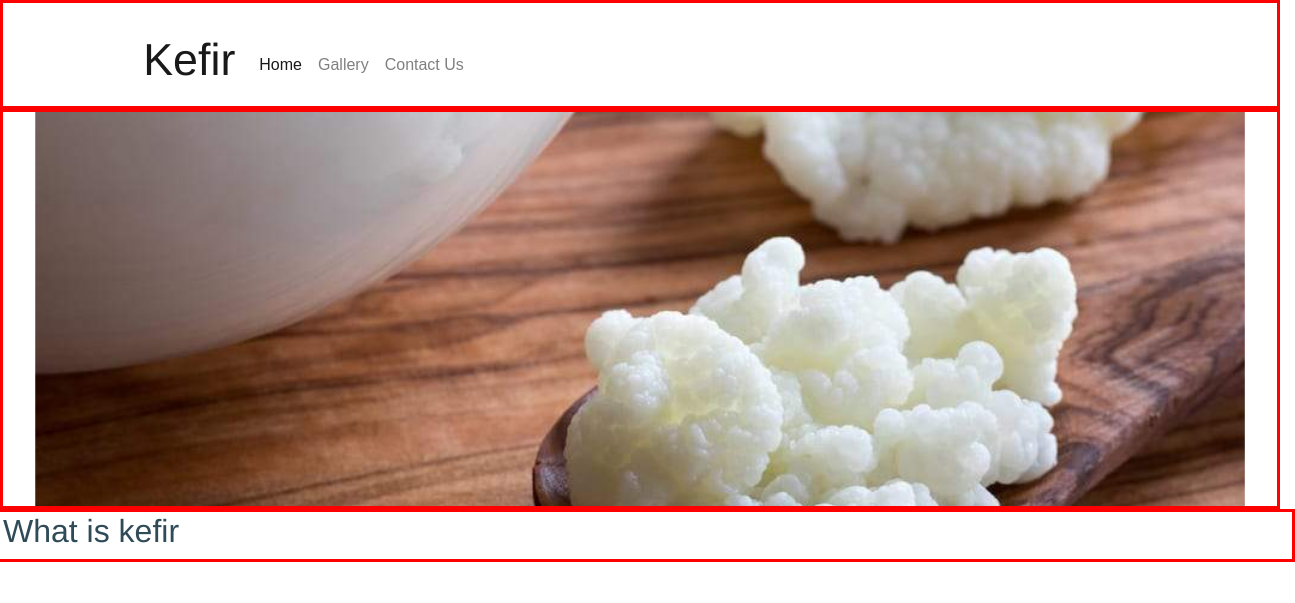
Repository: andna5980/kefir-web
Page: src/index.html
The author's editor kept a copy of each file at every save. The page is drawn from the files as they stood at one save, then again after the next save.
The browser window is 1280 px wide. The page is 1295 px wide, so the pictures cover 1295 px, including what lies to the right of the window. The pictures show the whole page.
Some web fonts or font styles are not loaded; a fallback is used. Some web libraries are served in a nearby version.

Above is the page before, as saved 2021-02-28 11:51:45.

### src/index.html
<!DOCTYPE html>
<html lang="en-US">

<head>
  <meta charset="UTF-8">
  <meta name="viewport" content="width=device-width, initial-scale=1.0">
  <meta name="author" content="Andres Navarrete">
  <meta name="description"
    content="Kefir, meet the power of nature. Bring the right knowledge and the best recipes from mother nature">
  <meta name="keywords" content="Kefir, recipes, natural-products, home-made, organic, healthy">
  <title>KEFIR | MEET THE POWER OF NATURE</title>
  <link rel="stylesheet" href="https://cdn.jsdelivr.net/npm/bootstrap@4.5.3/dist/css/bootstrap.min.css"
    integrity="sha384-TX8t27EcRE3e/ihU7zmQxVncDAy5uIKz4rEkgIXeMed4M0jlfIDPvg6uqKI2xXr2" crossorigin="anonymous">
  <link rel="stylesheet" href="https://use.fontawesome.com/releases/v5.6.3/css/all.css"
    integrity="sha384-UHRtZLI+pbxtHCWp1t77Bi1L4ZtiqrqD80Kn4Z8NTSRyMA2Fd33n5dQ8lWUE00s/" crossorigin="anonymous">
  <link href="../src/assets/styles/style.css" rel="stylesheet">
</head>

<body>
  <!--------------------Main-Header-------------------------------------->
  <header>
    <nav class="test-red navbar navbar-expand-md navbar-light">
      <a class="navbar-brand" href="#">Kefir</a>
      <button class="navbar-toggler" type="button" data-toggle="collapse" data-target="#navbarNav"
        aria-controls="navbarNav" aria-expanded="false" aria-label="Toggle navigation">
        <span class="navbar-toggler-icon"></span>
      </button>
      <div class="collapse navbar-collapse" id="navbarNav">
        <ul class="navbar-nav">
          <li class="nav-item active">
            <a class="nav-link" href="#">Home <span class="sr-only">(current)</span></a>
          </li>
          <li class="nav-item">
            <a class="nav-link" href="#">Gallery</a>
          </li>
          <li class="nav-item">
            <a class="nav-link" href="#">Contact Us</a>
          </li>

        </ul>
      </div>
    </nav>
  </header>

  <!--------------------Hero-mage-------------------------------------->

  <div class="test-red container-hero">
    <div class="hero-image col-12"></div>
  </div>


<!--------------------What -------------------------------------->

<section>
  <div class=" test-red row">
    <div class="col-12"><h2>What is kefir</h2></div>
  </div>





</section>





</body>











<script src="https://code.jquery.com/jquery-3.2.1.slim.min.js"
  integrity="sha384-KJ3o2DKtIkvYIK3UENzmM7KCkRr/rE9/Qpg6aAZGJwFDMVNA/GpGFF93hXpG5KkN" crossorigin="anonymous"></script>
<script src="https://cdnjs.cloudflare.com/ajax/libs/popper.js/1.12.9/umd/popper.min.js"
  integrity="sha384-ApNbgh9B+Y1QKtv3Rn7W3mgPxhU9K/ScQsAP7hUibX39j7fakFPskvXusvfa0b4Q" crossorigin="anonymous"></script>
<script src="https://maxcdn.bootstrapcdn.com/bootstrap/4.0.0/js/bootstrap.min.js"
  integrity="sha384-JZR6Spejh4U02d8jOt6vLEHfe/JQGiRRSQQxSfFWpi1MquVdAyjUar5+76PVCmYl" crossorigin="anonymous"></script>

</html>

### src/assets/styles/style.css
@import url('https://fonts.googleapis.com/css2?family=Amatic+SC&family=Caveat+Brush&display=swap');

.container {
    margin: 15px;
}


body {
    font-family: Arial, Helvetica, sans-serif;
    color: #2F4B58;
    max-width: 1500px;
}

h2 {
    font-family:  Caveat Brush, Helvetica, sans-serif;
    color: #2F4B58;
}


/*----------------------BORDER ROWS AND COLUMNS----------*/

.test-red {
    border: 3px solid red
}

.test-blue {
    border:1px solid blue
}









/*-----------------------Header ----------*/

.navbar-brand {
    float: left;
    color: #2F4B58;
    font-family:  Caveat Brush, Helvetica, sans-serif;
    font-size: 280%;
    margin-left: 10%;
    margin-top: 10px;
}

.navbar-nav {
    float: right;
}

.navbar-nav li a{
    margin-top: 20px;
    color: #2F4B58;
}


.navbar-toggler {
    border: 2px solid #2F4B58;
    color: #2F4B58;
}

.navbar-toggler.icon{

}






.menu a {
    text-decoration: none;
    color: #2F4B58;
}

.menu  {
list-style-type: none;
margin-right: 5%;
margin-top: 30px; /* CHAPUZA  */
word-spacing: 5px;
}

.menu ul {
    float:right;
    margin-left: 10px;
}

.menu li {
    list-style-type: none;
    display: inline-flex;
}


/*-----------------------Heeo-image ----------*/

.container-hero {
    height: 400px;
    overflow: hidden;
}

.hero-image {
    height: 400px;
    width: 100%;
    background: url(../images/milk-kefir-grains-spoon_1024x1024.jpg) no-repeat center;
    animation-name: hero-zoom;
    animation-duration: 4s;
    animation-fill-mode: forwards;
}

/*------Animation of the Hero image-------*/

@keyframes hero-zoom {
    from{
        transform: scale(1);
    }
    to{
        transform: scale(1.2);
    }
}

After the next save:
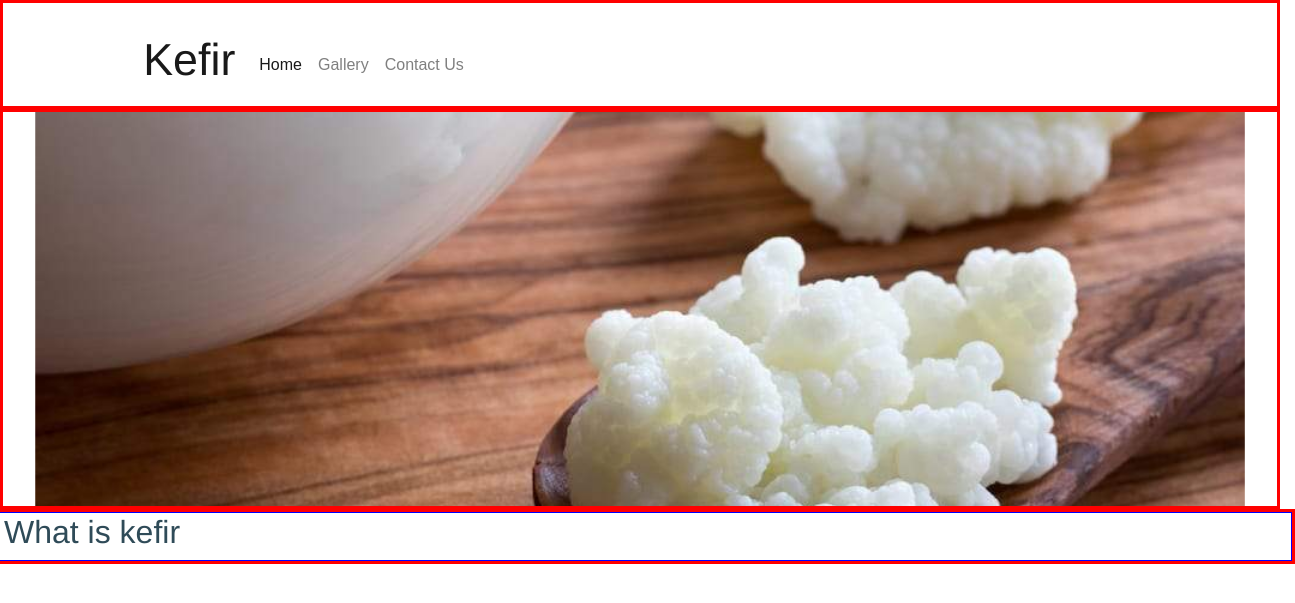
Saved 31 s later.
--- a/src/index.html
+++ b/src/index.html
@@ -53,7 +53,7 @@
 
 <section>
   <div class=" test-red row">
-    <div class="col-12"><h2>What is kefir</h2></div>
+    <div class=" test-blue col-12"><h2>What is kefir</h2></div>
   </div>
 
 
